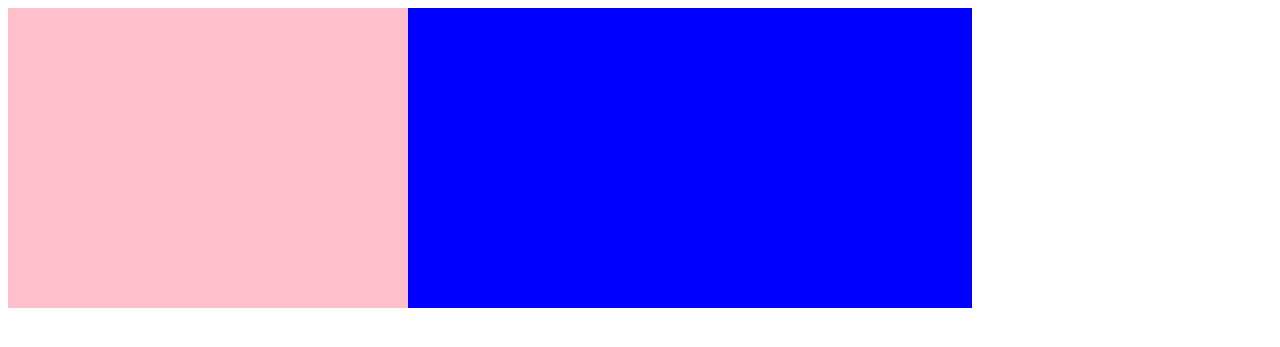
Repository: MMXiaohang/frontend-interview-coding
Page: 17.三栏布局.html
An editor plug-in stored every save of this project. The page is shown before and after the next save, followed by the edit.
The browser window is 1280 px wide. The pictures show the whole page.

Above is the page before, as saved 2022-03-31 20:36:11.

### 17.三栏布局.html
<!DOCTYPE html>
<html lang="en">
<head>
    <meta charset="UTF-8">
    <meta http-equiv="X-UA-Compatible" content="IE=edge">
    <meta name="viewport" content="width=device-width, initial-scale=1.0">
    <title>Document</title>
    <style>
        #container{
            /* display: flex;   */
            padding-left: 400px;
            padding-right: 300px;
            height: 300px;
            overflow: auto;
        }

        #container div{
            float: left;
            height: 100%;
        }

        #center{
            /* flex: 1 1 400px;   */
            width: 100%;
            background-color: blue;
        }

        #left{
            position: relative;
            width: 400px;
            left: -400px;
            margin-left: -100%;
            background-color: pink;
        }

        #right{
            width: 300px;
            /* margin-right: -300px; */
            background-color: aqua;
        }
    </style>
</head>
<body>
    <div id="container">
        <div id="center"></div>
        <div id="left"></div>
        <!-- <div id="center"></div>  flex -->
        <div id="right"></div>
    </div>
</body>
</html>

After the next save:
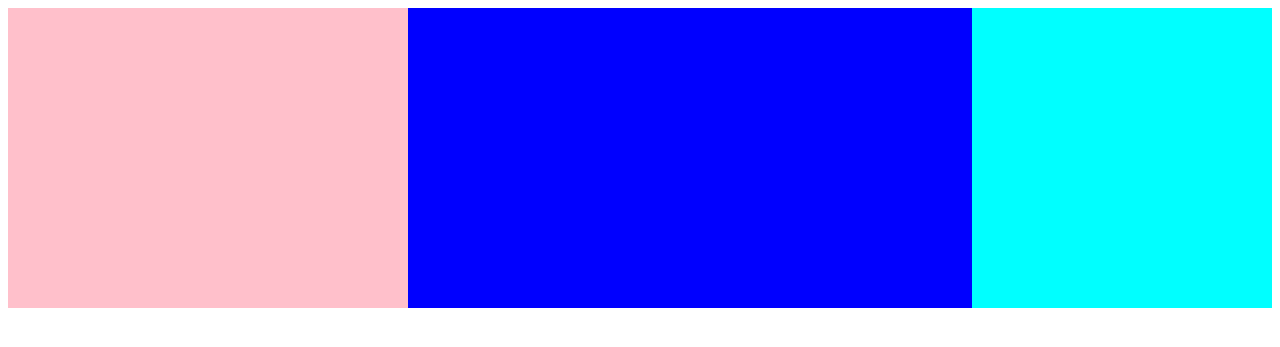
Saved 8 s later.
--- a/17.三栏布局.html
+++ b/17.三栏布局.html
@@ -35,7 +35,7 @@
 
         #right{
             width: 300px;
-            /* margin-right: -300px; */
+            margin-right: -300px;
             background-color: aqua;
         }
     </style>
